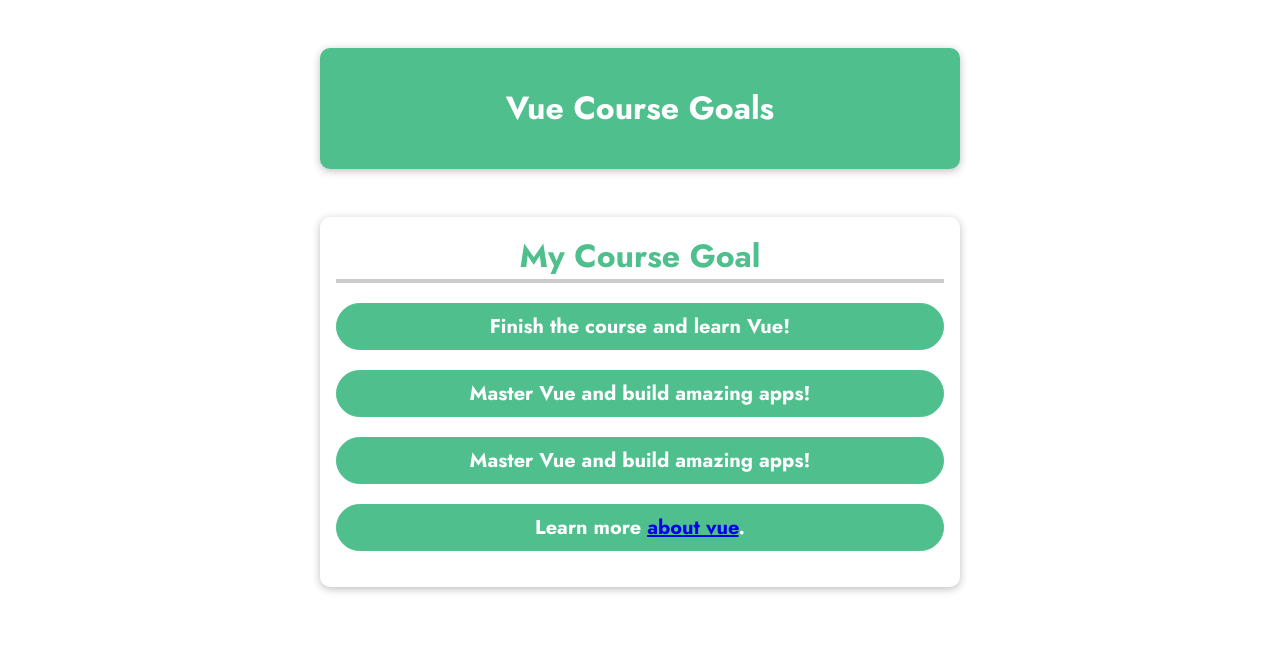
Repository: zmarkoni/Vue-The-Complete-Guide
Page: basics-01-starting-code/index.html
These files come from the project's save history. The page is drawn as it stood at one moment and after a run of saves; the edit follows.
The browser window is 1280 px wide. The pictures show the whole page.

Above is the page before, as saved 2020-12-29 10:30:18.

### basics-01-starting-code/index.html
<!DOCTYPE html>
<html lang="en">
  <head>
    <meta charset="UTF-8" />
    <meta name="viewport" content="width=device-width, initial-scale=1.0" />
    <title>Vue Basics</title>
    <link
      href="https://fonts.googleapis.com/css2?family=Jost:wght@400;700&display=swap"
      rel="stylesheet"
    />
    <link rel="stylesheet" href="styles.css" />
    <script src="https://unpkg.com/vue@next" defer></script>
    <script src="app.js" defer></script>
  </head>
  <body>
    <header>
      <h1>Vue Course Goals</h1>
    </header>
    <section id="user-goal">
      <h2>My Course Goal</h2>
      <p v-html="outputGoal()"></p>
      <p v-html="courseGoalB"></p>
      <p>{{ outputGoal() }}</p>
      <p>Learn more <a v-bind:href="vueLink" target="_blank">about vue</a>.</p>
    </section>
  </body>
</html>

### basics-01-starting-code/styles.css
* {
  box-sizing: border-box;
}

html {
  font-family: 'Jost', sans-serif;
}

body {
  margin: 0;
}

header {
  box-shadow: 0 2px 8px rgba(0, 0, 0, 0.26);
  margin: 3rem auto;
  border-radius: 10px;
  padding: 1rem;
  background-color: #4fc08d;
  color: white;
  text-align: center;
  width: 90%;
  max-width: 40rem;
}

#user-goal {
  box-shadow: 0 2px 8px rgba(0, 0, 0, 0.26);
  margin: 3rem auto;
  border-radius: 10px;
  padding: 1rem;
  text-align: center;
  width: 90%;
  max-width: 40rem;
}

#user-goal h2 {
  font-size: 2rem;
  border-bottom: 4px solid #ccc;
  color: #4fc08d;
  margin: 0 0 1rem 0;
}

#user-goal p {
  font-size: 1.25rem;
  font-weight: bold;
  border: 1px solid #4fc08d;
  background-color: #4fc08d;
  color: white;
  padding: 0.5rem;
  border-radius: 25px;
}

#user-goal p h2 {
  color: white;
}

#user-goal input {
  font: inherit;
  border: 1px solid #ccc;
}

#user-goal input:focus {
  outline: none;
  border-color: #1b995e;
  background-color: #d7fdeb;
}

#user-goal button {
  font: inherit;
  cursor: pointer;
  border: 1px solid #ff0077;
  background-color: #ff0077;
  color: white;
  padding: 0.05rem 1rem;
  box-shadow: 1px 1px 2px rgba(0, 0, 0, 0.26);
}

#user-goal button:hover,
#user-goal button:active {
  background-color: #ec3169;
  border-color: #ec3169;
  box-shadow: 1px 1px 4px rgba(0, 0, 0, 0.26);
}

### basics-01-starting-code/app.js
const app = Vue.createApp({
    data() {
        return {
			courseGoalA: 'Finish the course and learn Vue!',
			courseGoalB: 'Master Vue and build amazing apps!',
			courseGoalC: '<h2>Master Vue with HTML</h2>',
			vueLink: 'https://vuejs.org/',
		};
    },
    methods: {
        outputGoal() {
            const randomNumber = Math.random();
            if (randomNumber < 0.5 ) {
                return this.courseGoalA;
            } else {
                return this.courseGoalB;
            }
        }
    }
});
app.mount('#user-goal');

After the next 2 saves:
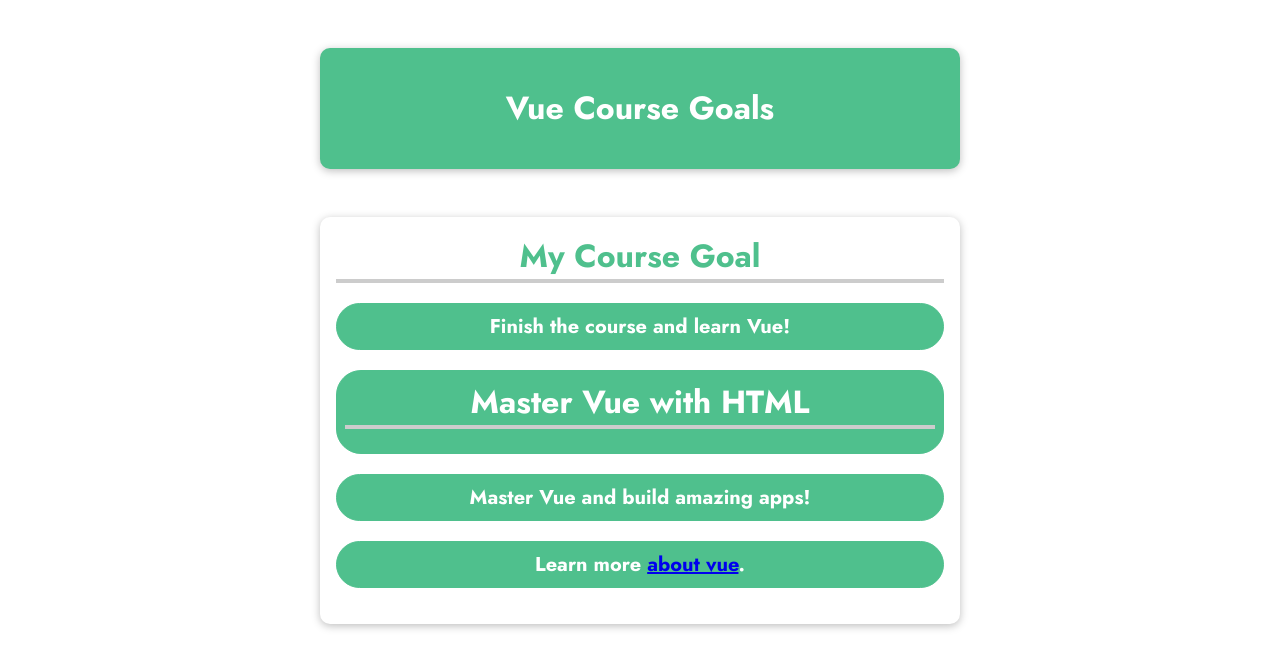
The 2 saves are shown as one change because they came seconds apart.
The last was saved 7 s later.
--- a/basics-01-starting-code/index.html
+++ b/basics-01-starting-code/index.html
@@ -19,7 +19,7 @@
     <section id="user-goal">
       <h2>My Course Goal</h2>
       <p v-html="outputGoal()"></p>
-      <p v-html="courseGoalB"></p>
+      <p v-html="courseGoalC"></p>
       <p>{{ outputGoal() }}</p>
       <p>Learn more <a v-bind:href="vueLink" target="_blank">about vue</a>.</p>
     </section>
